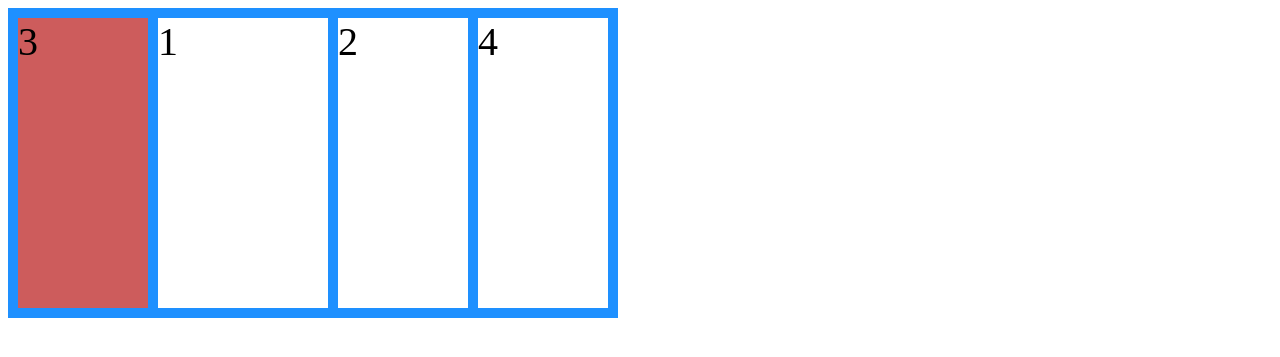
Repository: eversonps/flexbox-grid-css
Page: flexbox/flexbox2.html
An editor plug-in stored every save of this project. The page is shown before and after the next save, followed by the edit.
The browser window is 1280 px wide. The pictures show the whole page.

Above is the page before, as saved 2022-03-23 15:47:43.

### flexbox/flexbox2.html
<!DOCTYPE html>
<html>

<head>
    <meta charset="UTF-8">
    <title>Flexbox #02</title>
    <style>
        div {
            border: solid 5px dodgerblue;
            font-size: 40px;
        }

        .flex-container div {
            box-sizing: border-box;
        }

        .flex-container{
            display: flex;
            height: 300px;
            width: 600px;
        }

        .flex-container div:nth-child(3){
            background-color: indianred;
            order: 1;
            order: 0;
            order: -1;
            align-self: center;
            align-self: flex-start;
            align-self: flex-end;
            align-self: stretch;
        }

        .flex-container div{
            width: 100px;
            flex-grow: 0;
            flex-grow: 1;
        }

        .flex-container div:nth-child(1){
            flex-grow: 2;
        }

    </style>
</head>

<body>
    <div class="flex-container">
        <div>1</div>
        <div>2</div>
        <div>3</div>
        <div>4</div>
    </div>
</body>

</html>

After the next save:
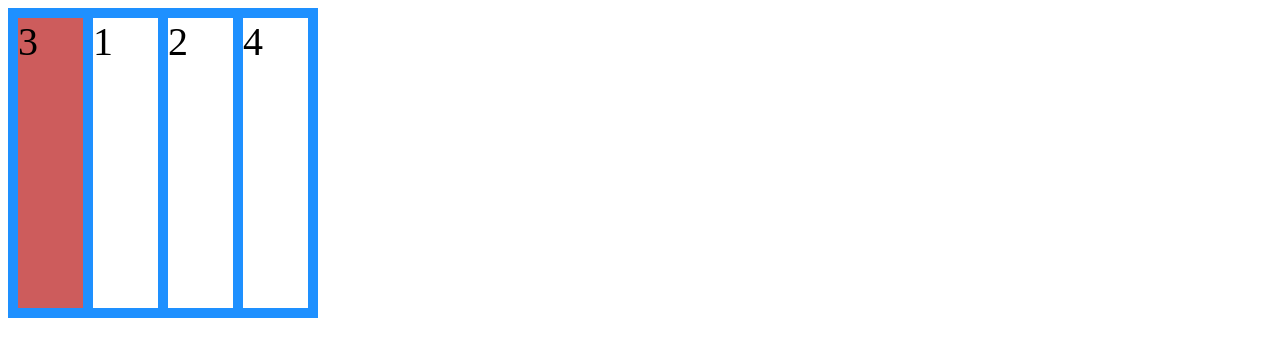
Saved 66 s later.
--- a/flexbox/flexbox2.html
+++ b/flexbox/flexbox2.html
@@ -41,6 +41,10 @@
             flex-grow: 2;
         }
 
+        .flex-container{
+            width: 300px;
+        }
+
     </style>
 </head>
 
